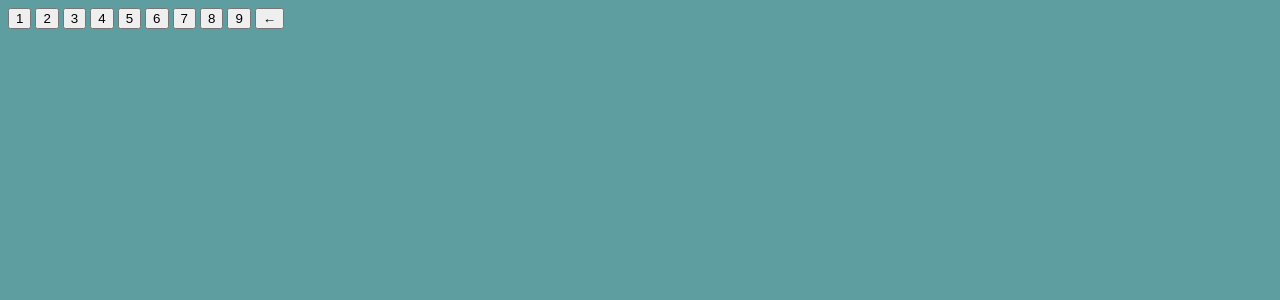
Repository: jontslater/LAB-calculator2
Page: index.html
The author's editor kept a copy of each file at every save. The page is drawn from the files as they stood at one save, then again after the next save.
The browser window is 1280 px wide. The pictures show the whole page.

Above is the page before, as saved 2023-10-10 21:03:05.

### index.html
<!DOCTYPE html>
<html lang="en">
<head>
  <meta charset="UTF-8">
  <meta name="viewport" content="width=device-width, initial-scale=1.0">
  <title>calculator</title>
  <link rel="stylesheet" href="main.css">
  <script src="main.js"></script>
  <button>1</button>
  <button>2</button>
  <button>3</button>
  <button>4</button>
  <button>5</button>
  <button>6</button>
  <button>7</button>
  <button>8</button>
  <button>9</button>
  <button>&#8592;</button>
</head>
<body>

</body>
</html>

### main.css
body{
  background-color: cadetblue;
}

.wrapper{
 width: 400;
}

Loaded but not shown: main.js (no stored copy; drawn as an empty file)

After the next save:
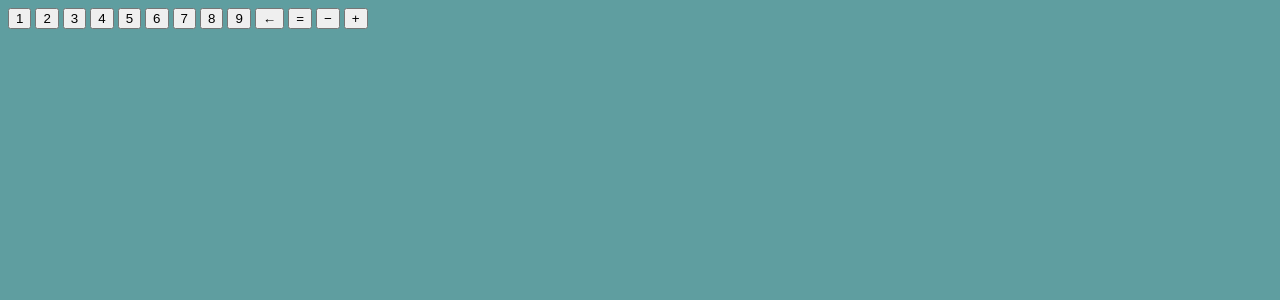
Saved 77 s later.
--- a/index.html
+++ b/index.html
@@ -16,6 +16,9 @@
   <button>8</button>
   <button>9</button>
   <button>&#8592;</button>
+  <button>&#61;</button>
+  <button>&#8722;</button>
+  <button>&#43;</button>
 </head>
 <body>
 
